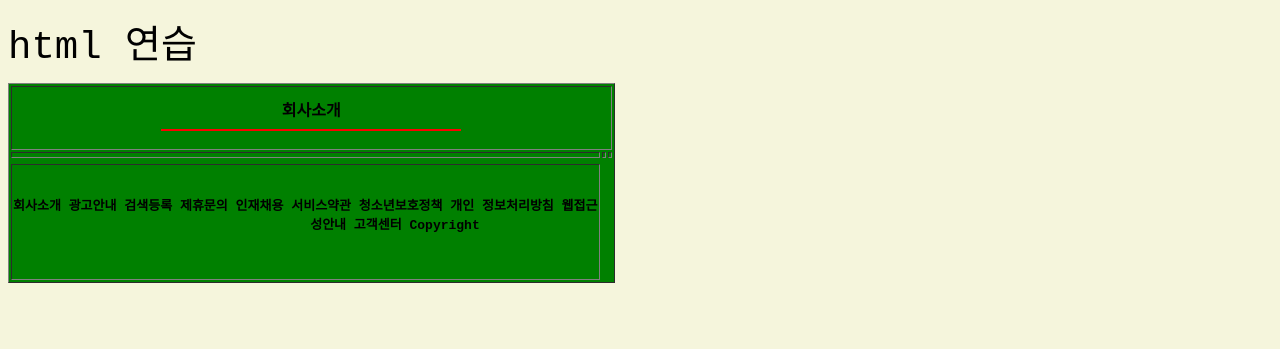
Repository: cleangggg/front
Page: html/ex08.html
An editor plug-in stored every save of this project. The page is shown before and after the next save, followed by the edit.
The browser window is 1280 px wide. The pictures show the whole page.

Above is the page before, as saved 2023-05-23 01:13:11.

After the next save:
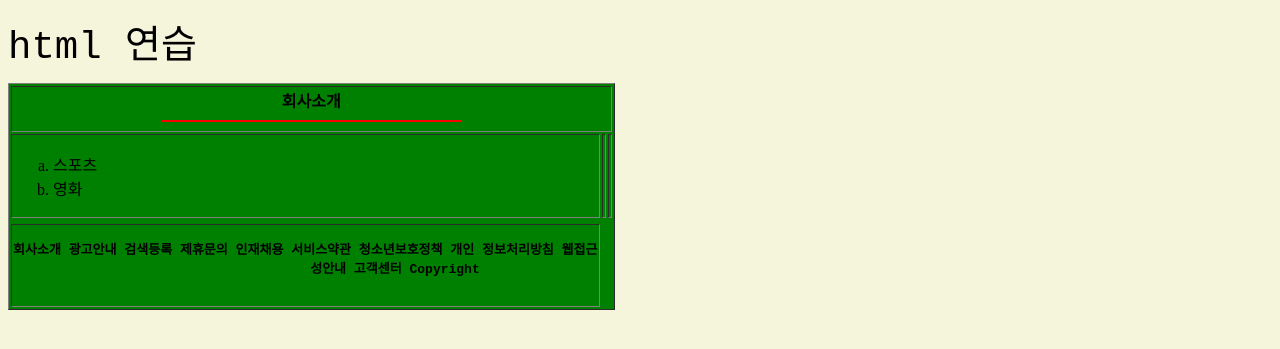
Saved 30 s later.
--- a/html/ex08.html
+++ b/html/ex08.html
@@ -14,7 +14,12 @@
 		<hr width="50%" align="center" color="red">
 		</th>
 		<tr>
-			<td row =span"3"></td><td></td><td></td>
+			<td row =span"3">
+			<ol type="a">
+		<li>스포츠</li>
+		<li>영화</li>
+	</ol>
+			</td><td></td><td></td>
 		</tr>
 		<tr>
 
